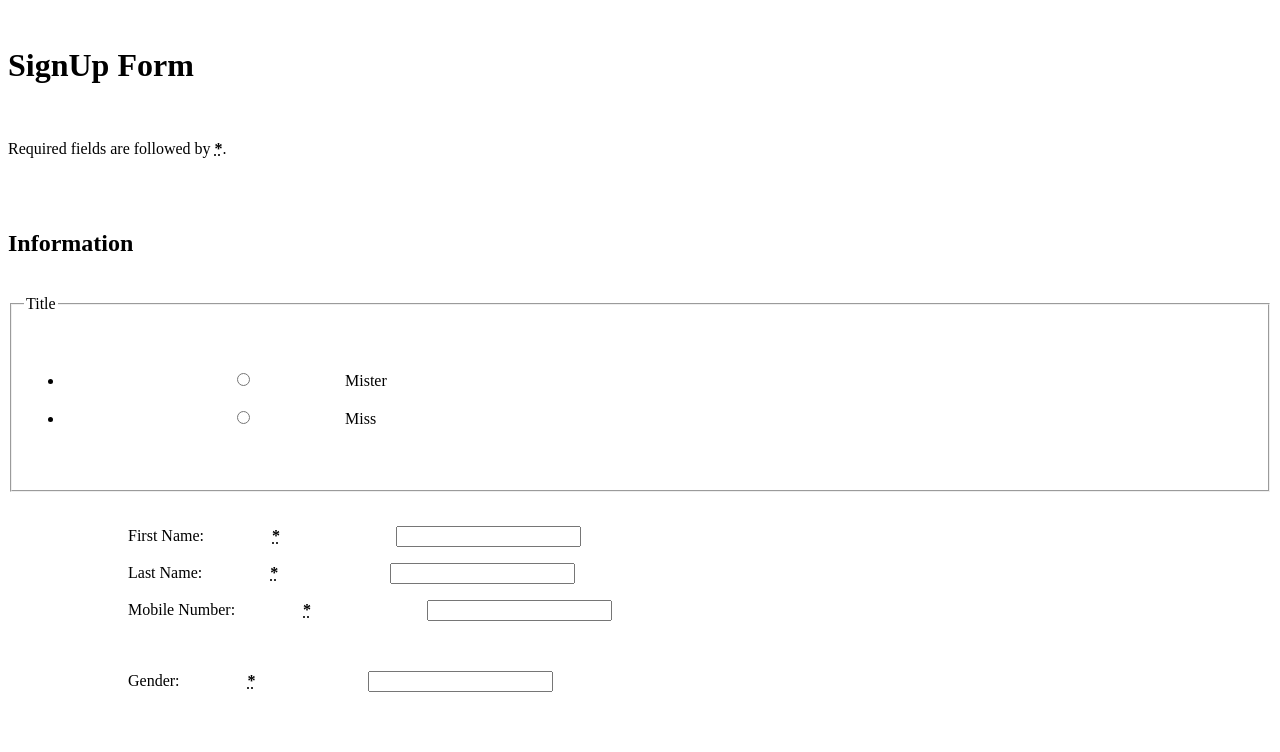
Repository: USChaurasiya/SpringCore
Page: http://localhost/SpringExample/
The author's editor kept a copy of each file at every save. The page is drawn from the files as they stood at one save, then again after the next save.
The browser window is 1280 px wide. The pictures show the whole page.
The page is served by Tomcat 9. Other server files are loaded and not shown.

Above is the page before, as saved 2017-02-14 07:26:26.

### SpringExample/WebContent/Signup.jsp
<%@ page language="java" contentType="text/html; charset=UTF-8"
	pageEncoding="UTF-8"%>
<!DOCTYPE html PUBLIC "-//W3C//DTD HTML 4.01 Transitional//EN" "http://www.w3.org/TR/html4/loose.dtd">
<html>
<head>
<meta http-equiv="Content-Type" content="text/html; charset=UTF-8">
<title>Insert title here</title>
</head>
<body>


	<form action="signup.do" method="post">
        <h1>SignUp Form</h1>
        <p>Required fields are followed by <strong><abbr title="required">*</abbr></strong>.</p>
        <section>
            <h2>Information</h2>
            <fieldset>
              <legend>Title</legend>
              <ul>
                  <li>
                    <label for="title_1">
                      <input type="radio" id="title_1" name="title"  >
                      Mister
                    </label>
                  </li>
                  <li>
                    <label for="title_2">
                      <input type="radio" id="title_2" name="title" >
                      Miss
                    </label>
                  </li>
              </ul>
            </fieldset>
            <p>
              <label for="name">
                <span>First Name: </span>
                <strong><abbr title="required">*</abbr></strong>
              </label>
              <input type="text"  name="fname">
            </p>
<p>
              <label for="name">
                <span>Last Name: </span>
                <strong><abbr title="required">*</abbr></strong>
              </label>
             <input type="text" name="lname">
            </p>
<p>
              <label for="name">
                <span>Mobile Number: </span>
                <strong><abbr title="required">*</abbr></strong>
              </label>
              <input type="text" name="mobile">
            </p>
            <p>
              <label for="mail">
                <span>Gender: </span>
                <strong><abbr title="required">*</abbr></strong>
              </label>
             <input type="text" name="gender">
            </p>
        </section>

    </form>

</body>
</html>

After the next save:
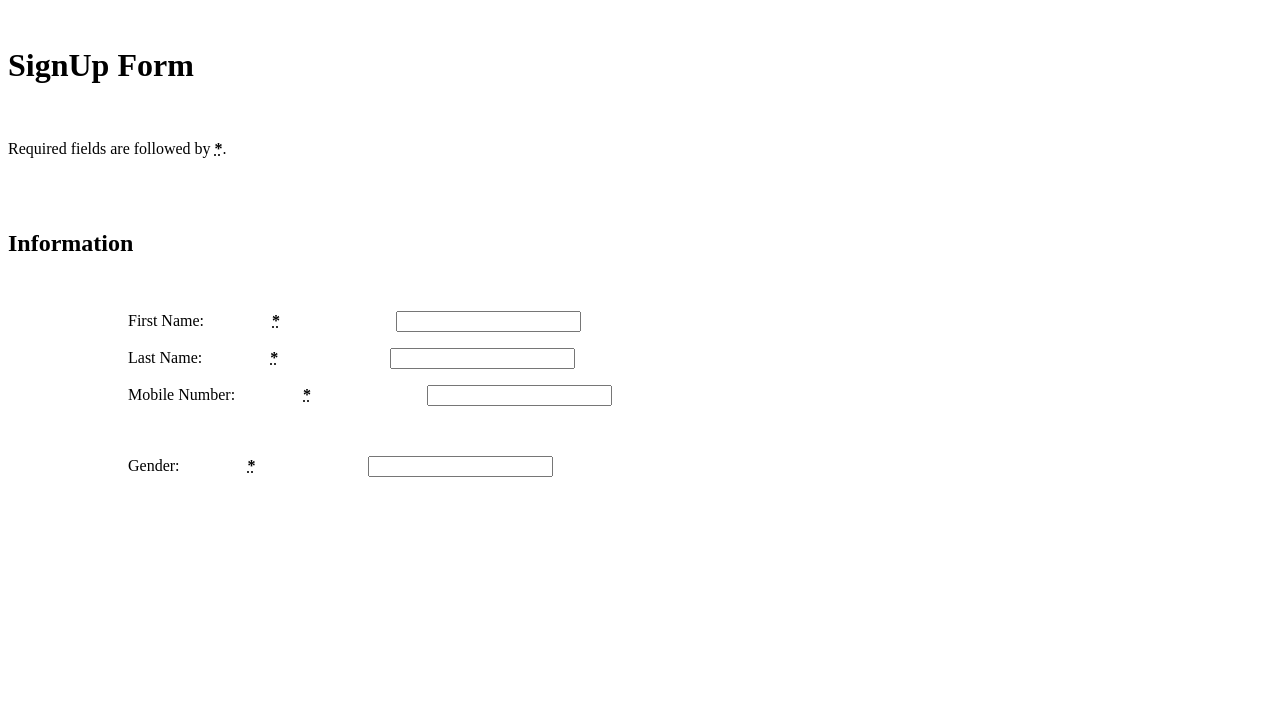
Saved 55 s later.
--- a/SpringExample/WebContent/Signup.jsp
+++ b/SpringExample/WebContent/Signup.jsp
@@ -14,23 +14,7 @@
         <p>Required fields are followed by <strong><abbr title="required">*</abbr></strong>.</p>
         <section>
             <h2>Information</h2>
-            <fieldset>
-              <legend>Title</legend>
-              <ul>
-                  <li>
-                    <label for="title_1">
-                      <input type="radio" id="title_1" name="title"  >
-                      Mister
-                    </label>
-                  </li>
-                  <li>
-                    <label for="title_2">
-                      <input type="radio" id="title_2" name="title" >
-                      Miss
-                    </label>
-                  </li>
-              </ul>
-            </fieldset>
+
             <p>
               <label for="name">
                 <span>First Name: </span>
